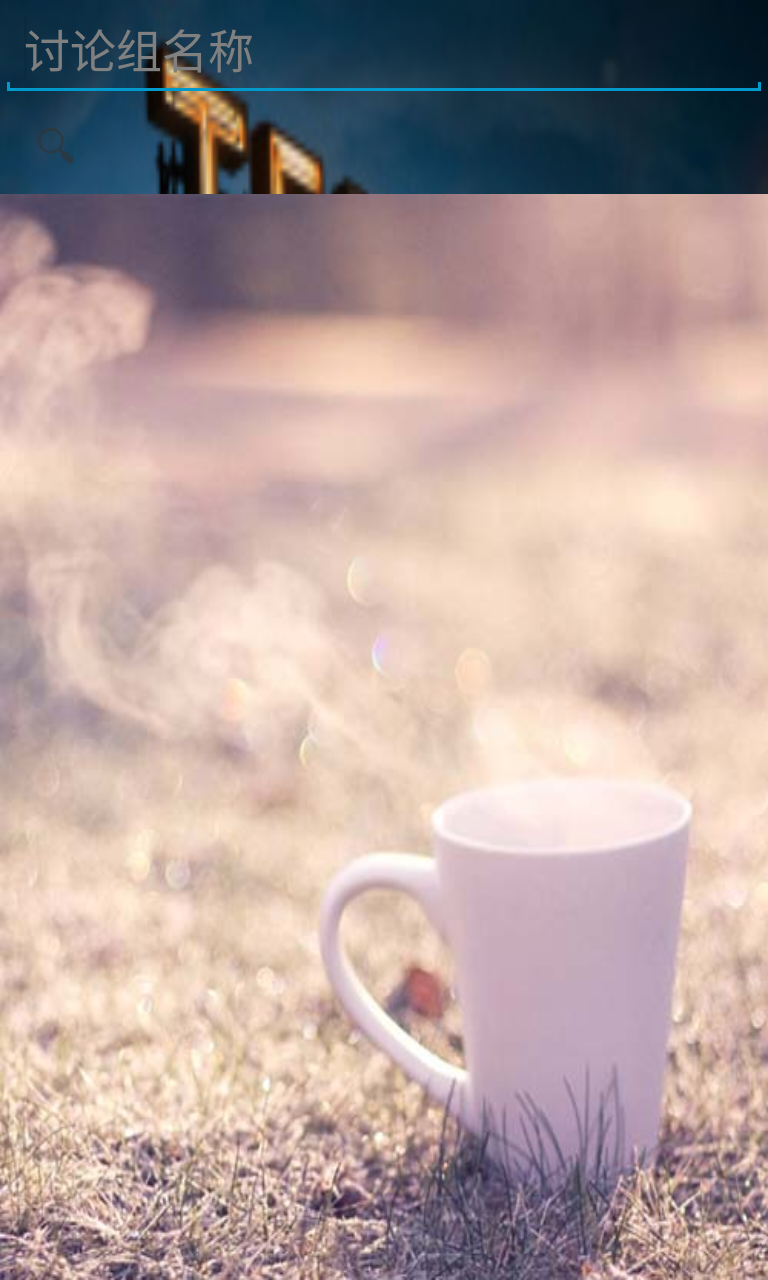
Repository: aojue/HappyAA
Layout: HappyAA/res/layout/creat_tell.xml
The author's editor kept a copy of each file at every save. The layout is drawn from the files as they stood at one save, then again after the next save.
It is drawn on a 768 x 1280 px phone screen (xhdpi) without system bars, with theme AppTheme; the app's code is not run. Lists and similar views that code fills are empty.

Above is the layout before, as saved 2014-10-26 02:55:49.

After the next save:
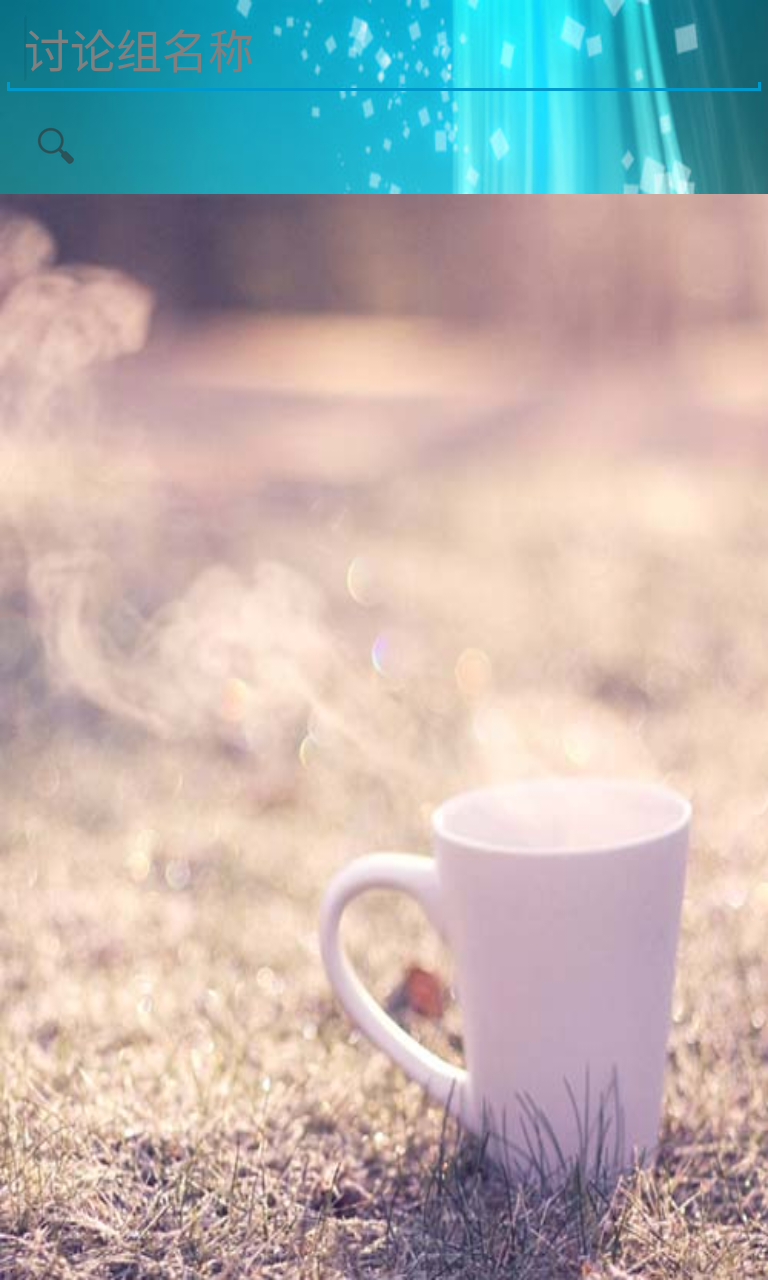
Saved 48 s later.
--- a/HappyAA/res/layout/creat_tell.xml
+++ b/HappyAA/res/layout/creat_tell.xml
@@ -7,7 +7,7 @@
         android:layout_height="wrap_content"
         android:orientation="vertical"
         tools:context=".CreatTell"
-    	android:background="@drawable/ic_lb_d">
+    	android:background="@drawable/ic_lb_a">
 
         <EditText
             android:id="@+id/editText1"
